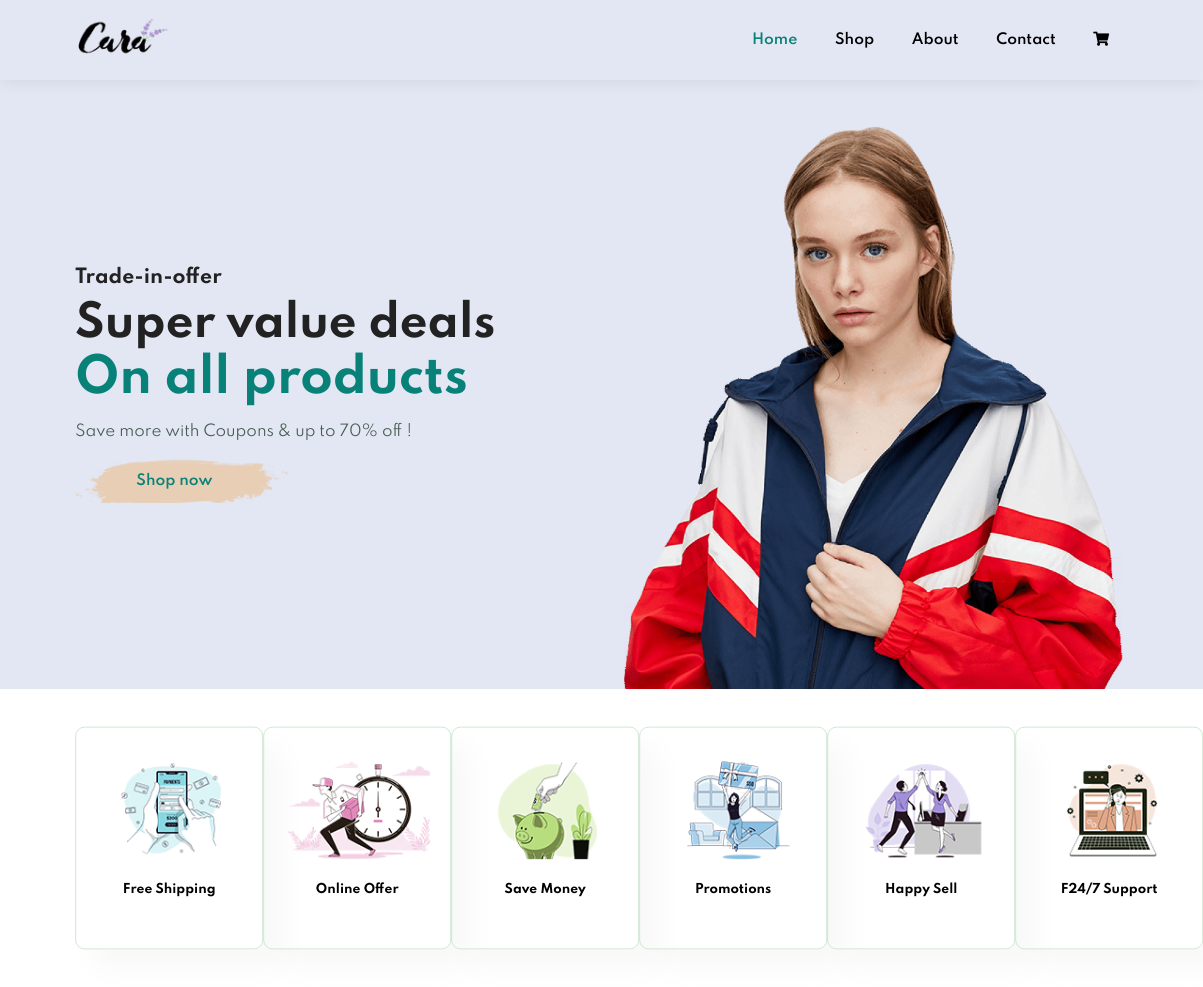
Repository: Daryllgio/E-Commerce-Website-UI
Page: index.html
These files come from the project's save history. The page is drawn as it stood at one moment and after the next save; the edit follows.
The browser window is 1280 px wide. The pictures show the whole page, at 94% of full size.
Some web libraries are served in a nearby version.

Above is the page before, as saved 2024-12-31 12:35:06.

### index.html
<!DOCTYPE html>
<html lang="en">

<head>
    <meta charset="UTF-8">
    <meta http-equiv="X-UA-Compatible" content="IE=edge">
    <meta name="viewport" content="width=device-width, initial-scale=1.0">
    <title>Tech2etc Ecommerce Tutorial</title>
    <link rel="stylesheet" href="https://pro.fontawesome.com/releases/v5.10.0/css/all.css" />

    <link rel="stylesheet" href="style.css">
</head>

<body>
    <section id="header">
        <a href="#"><img src="img/logo.png" id="logo" class="logo" alt=""></a>

        <div>
            <ul id="navbar">
                <li>
                    <a class="active" href="index.html">Home</a>
                </li>
                <li>
                    <a href="shop.html">Shop</a>
                </li>
                <li>
                    <a href="about.html">About</a>
                </li>
                <li>
                    <a href="contact.html">Contact</a>
                </li>
                <li>
                    <a href="cart.html"><i class="fa fa-shopping-cart" aria-hidden="true"></i></a>
                </li>

            </ul>
        </div>
    </section>

    <section id="HomeHeaderContent">
        <h4>
            Trade-in-offer
        </h4>
        <h2>
            Super value deals
        </h2>
        <h1>
            On all products
        </h1>
        <p>
            Save more with Coupons & up to 70% off !
        </p>
        <button>
            Shop now
        </button>

    </section>

    <section id="Features" class="section-p1">
        <div class="fe-box">
            <img src="img/features/f1.png" alt="">
            <h6>Free Shipping</h6>
        </div>
        <div class="fe-box">
            <img src="img/features/f2.png" alt="">
            <h6>Online Offer</h6>
        </div>
        <div class="fe-box">
            <img src="img/features/f3.png" alt="">
            <h6>Save Money</h6>
        </div>
        <div class="fe-box">
            <img src="img/features/f4.png" alt="">
            <h6>Promotions</h6>
        </div>
        <div class="fe-box">
            <img src="img/features/f5.png" alt="">
            <h6>Happy Sell</h6>
        </div>
        <div class="fe-box">
            <img src="img/features/f6.png" alt="">
            <h6>F24/7 Support</h6>
        </div>
    </section>


    <script src="script.js"></script>
</body>

</html>

### style.css
@import url("https://fonts.googleapis.com/css2?family=Spartan:wght@100;200;300;400;500;600;700;800;900&display=swap");

* {
  margin: 0;
  padding: 0;
  box-sizing: border-box;
  font-family: "Spartan", sans-serif;
}

html {
  scroll-behavior: smooth;
}

/* Global Styles */

h1 {
  font-size: 50px;
  line-height: 64px;
  color: #222;
}

h2 {
  font-size: 46px;
  line-height: 54px;
  color: #222;
}

h4 {
  font-size: 20px;
  color: #222;
}

h6 {
  font-weight: 700;
  font-size: 12px;
}

p {
  font-size: 16px;
  color: #465b52;
  margin: 15px 0 20px 0;
}

.section-p1 {
  padding: 40px 80px;
}

.section-m1 {
  margin: 40px 0;
}

body {
  width: 100%;
}

#header {
  display: flex;
  align-items: center;
  justify-content: space-between;
  padding: 20px 80px;
  background: #E3E6F3;
  box-shadow: 0 5px 15px rgba(0, 0, 0, 0.06);
  position: sticky;
  top: 0;
  left: 0;

}



#navbar {
  display: flex;
  align-items: center;
  justify-content: center;
}

#navbar li {
  list-style: none;
  padding: 0px 20px;
}

#navbar li a {
  text-decoration: none;
  font-size: 15px;
  font-weight: 600;
  color: #000;
  transition: 0.3s ease;
}

#navbar li a:hover,
#navbar li a.active {
  color: #088178;
}

#HomeHeaderContent {
  background-image: url("img/hero4.png");
  height: 90vh;
  width: 100%;
  background-size: cover;
  background-position: top 25% right 0;
  padding: 0 80px;
  align-items: flex-start;
  display: flex;
  flex-direction: column;
  justify-content: center;
}

#HomeHeaderContent h4 {
  margin-bottom: 10px;
}

#HomeHeaderContent h1 {
  color: #088178;
}

#HomeHeaderContent button {
  color: #088178;
  background-image: url("img/button.png");
  font-size: 15px;
  font-weight: 600;
  background-color: transparent;
  border: 0;
  padding: 14px 80px 14px 65px;
  background-repeat: no-repeat;
  cursor: pointer;
}

#Features {
  display: flex;
  justify-content: space-between;
}

#Features .fe-box {
  width: 200px;
  text-align: center;
  padding: 35px 25px;
  border: 1px solid #cce7d0;
  box-shadow: 20px 20px 34px rgba(0, 0, 0, 0.03);
  border-radius: 10px;
}

#Features .fe-box:hover {
  box-shadow: 10px 10px 54px rgba(0, 0, 0, 0.1);
}

#Features .fe-box h6 {
  font-size: 13px;
  padding: 20px;
}

Loaded but not shown: script.js (common file)

After the next save:
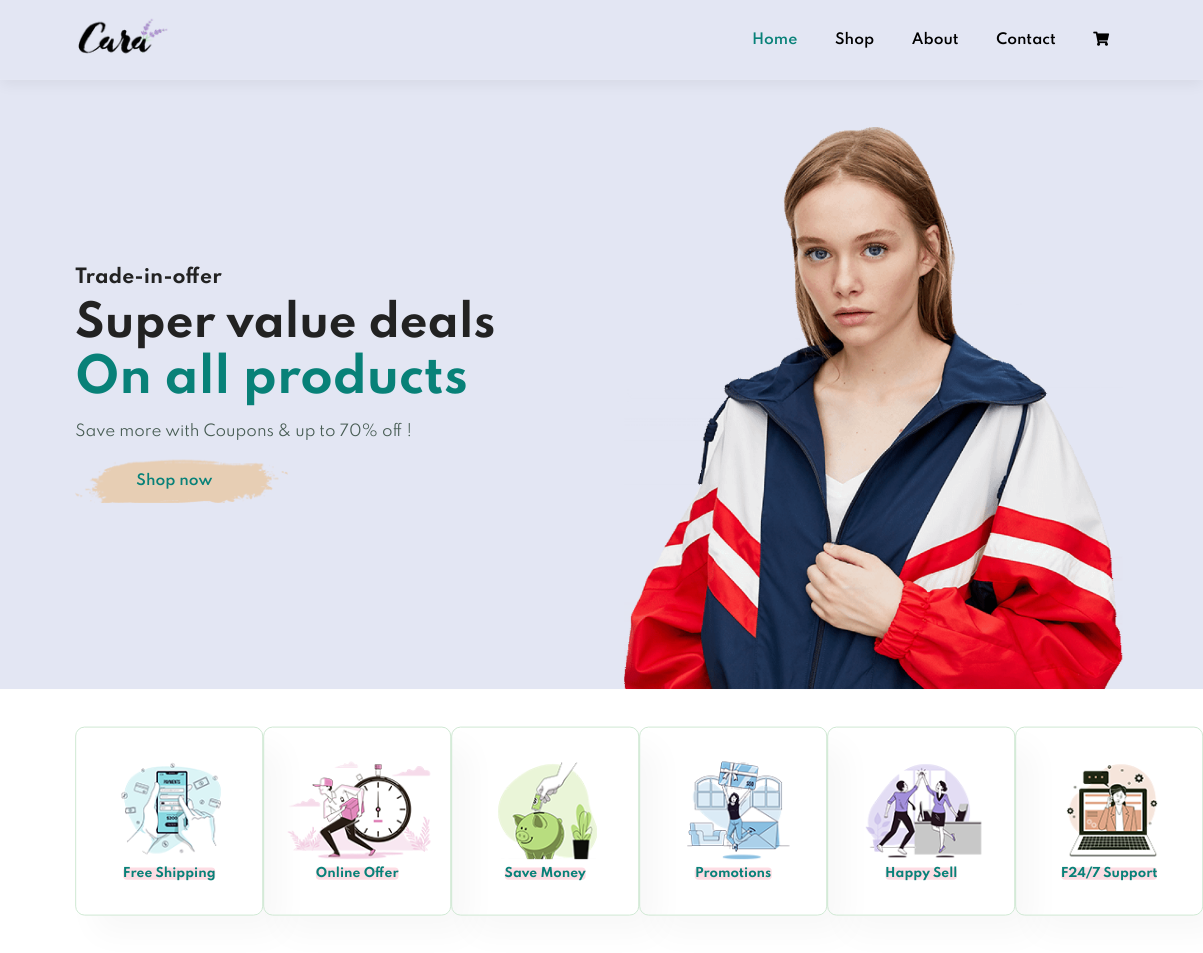
Saved 3 min 40 s later.
--- a/style.css
+++ b/style.css
@@ -145,5 +145,9 @@ body {
 
 #Features .fe-box h6 {
   font-size: 13px;
-  padding: 20px;
+  display: inline-block;
+  line-height: 1;
+  border-radius: 4px;
+  color: #088178;
+  background-color: #fddde4;
 }
